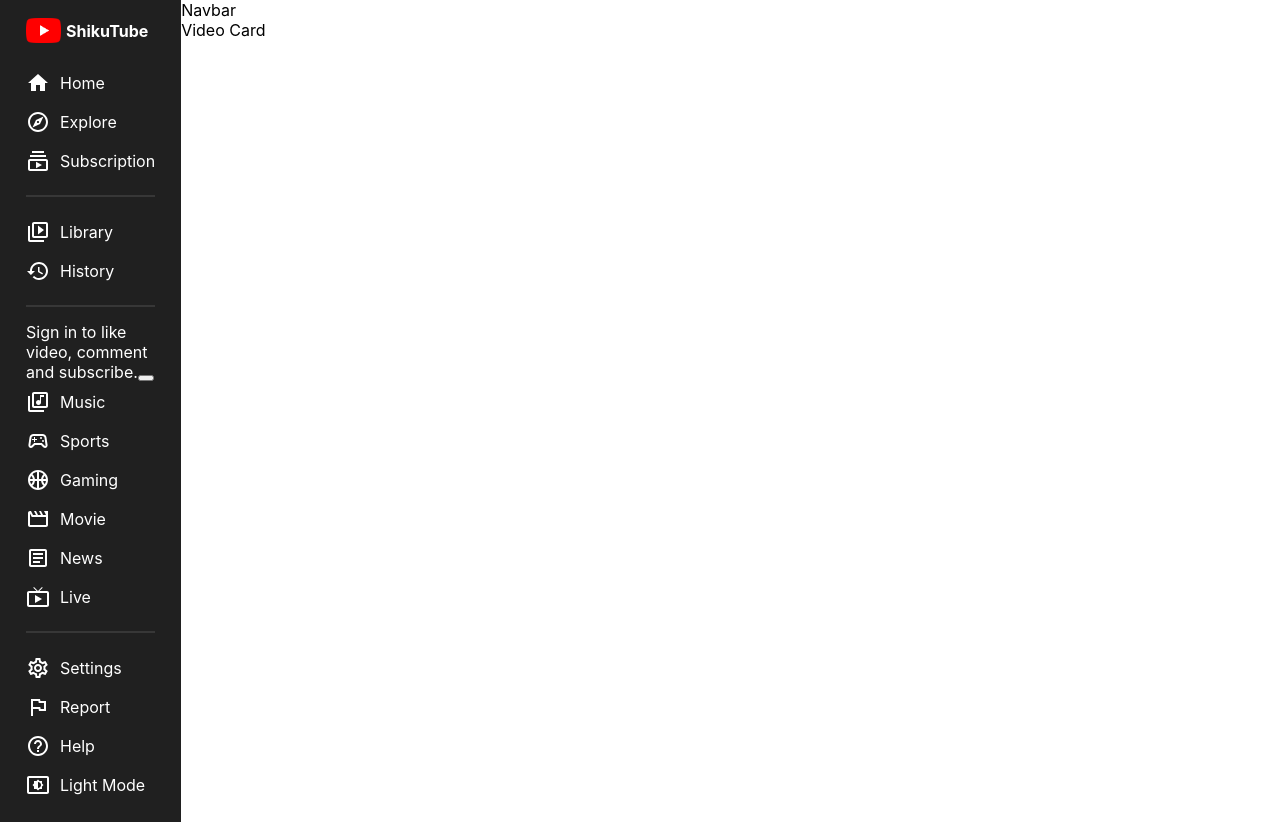
Repository: shikubro90/YouTube
Page: /
These files come from the project's save history. The page is drawn as it stood at one moment and after a run of saves; the edit follows.
The browser window is 1280 px wide. The pictures show the whole page.
The project was rebuilt for these pictures with package versions that can differ from the ones it lists, and the page was loaded fresh each time. Also part of the build but not shown: src/App.css.

Above is the page before, as saved 2022-07-17 21:58:06.

### src/App.js
import React from 'react';
import styled from 'styled-components';
import './App.css';
import Menu from './Components/Menu';
import Navbar from './Components/Navbar';

const Container = styled.div`
  display: flex;
`;
const Main = styled.div`
  flex: 7;
`;
const Wrapper = styled.div`

`;


function App() {
  return (
    <Container>
      <Menu/>
      <Main>
        <Navbar/>
        <Wrapper>
          Video Card
        </Wrapper>
      </Main>

    </Container>
  );
}

export default App;

### src/Components/Menu.jsx
import React from 'react';
import styled from 'styled-components';
import logo from '../img/youtubelogo.png'

import HomeIcon from '@mui/icons-material/Home';
import ExploreOutlinedIcon from '@mui/icons-material/ExploreOutlined';
import SubscriptionsOutlinedIcon from "@mui/icons-material/SubscriptionsOutlined";
import VideoLibraryOutlinedIcon from "@mui/icons-material/VideoLibraryOutlined";
import HistoryOutlinedIcon from "@mui/icons-material/HistoryOutlined";
import LibraryMusicOutlinedIcon from "@mui/icons-material/LibraryMusicOutlined";
import SportsEsportsOutlinedIcon from "@mui/icons-material/SportsEsportsOutlined";
import SportsBasketballOutlinedIcon from "@mui/icons-material/SportsBasketballOutlined";
import MovieOutlinedIcon from "@mui/icons-material/MovieOutlined";
import ArticleOutlinedIcon from "@mui/icons-material/ArticleOutlined";
import LiveTvOutlinedIcon from "@mui/icons-material/LiveTvOutlined";
import AccountCircleOutlinedIcon from "@mui/icons-material/AccountCircleOutlined";
import SettingsOutlinedIcon from "@mui/icons-material/SettingsOutlined";
import FlagOutlinedIcon from "@mui/icons-material/FlagOutlined";
import HelpOutlineOutlinedIcon from "@mui/icons-material/HelpOutlineOutlined";
import SettingsBrightnessOutlinedIcon from "@mui/icons-material/SettingsBrightnessOutlined";

const Container = styled.div`
  flex: 1;
  background: #202020;
  color: white;
`;

const Wrapper = styled.div`
    padding: 18px 26px;
`;

const Logo = styled.div`
    display: flex;
    align-items: center;
    gap: 5px;
    cursor: pointer;
    font-weight: bold;
    margin-bottom: 20px;
`;

const Item = styled.div`
  display  : flex;
  gap: 10px;
  cursor: pointer;
  align-items: center;
  padding: 7.5px 0;
`;

const Image = styled.img`
    width: 35px;
    height: 25px;

`;

const Hr = styled.hr`
    margin: 15px 0px;
    border: 0.5px solid #373737;
`;

const Login = styled.div`

`;

const Button = styled.button`

`;

const Menu = () => {
    return (
        <Container>
            <Wrapper>
                <Logo>
                    <Image src={logo}/>
                    ShikuTube
                </Logo>
                <Item>
                    <HomeIcon/>
                    Home
                </Item>
                <Item>
                    <ExploreOutlinedIcon/>
                    Explore
                </Item>
                <Item>
                    <SubscriptionsOutlinedIcon/>
                    Subscription
                </Item>
                <Hr/>
                <Item>
                    <VideoLibraryOutlinedIcon/>
                    Library
                </Item>
                <Item>
                    <HistoryOutlinedIcon/>
                    History
                </Item>
                <Hr/>
                <Login>
                    Sign in to like video, comment and subscribe.
                    <Button/>
                </Login>
                <Item>
                    <LibraryMusicOutlinedIcon/>
                    Music
                </Item>
                <Item>
                    <SportsEsportsOutlinedIcon/>
                    Sports
                </Item>
                <Item>
                    <SportsBasketballOutlinedIcon/>
                    Gaming
                </Item>
                <Item>
                    <MovieOutlinedIcon/>
                    Movie
                </Item>
                <Item>
                    <ArticleOutlinedIcon/>
                    News
                </Item>
                <Item>
                    <LiveTvOutlinedIcon/>
                    Live
                </Item>
                <Hr/>
                <Item>
                    <SettingsOutlinedIcon/>
                    Settings
                </Item>
                <Item>
                    <FlagOutlinedIcon/>
                    Report
                </Item>
                <Item>
                    <HelpOutlineOutlinedIcon/>
                    Help
                </Item>
                <Item>
                    <SettingsBrightnessOutlinedIcon/>
                    Light Mode
                </Item>
            </Wrapper>
        </Container>
    );
};

export default Menu;

### src/Components/Navbar.jsx
import React from 'react';
import styled from 'styled-components';

const Container = styled.div`

`;

const Navbar = () => {
    return (
        <Container>
            Navbar
        </Container>
    );
};

export default Navbar;

Loaded but not shown: public/index.html (common file); src/index.js (common file); src/index.css (common file); src/reportWebVitals.js (common file)

After the next 9 saves:
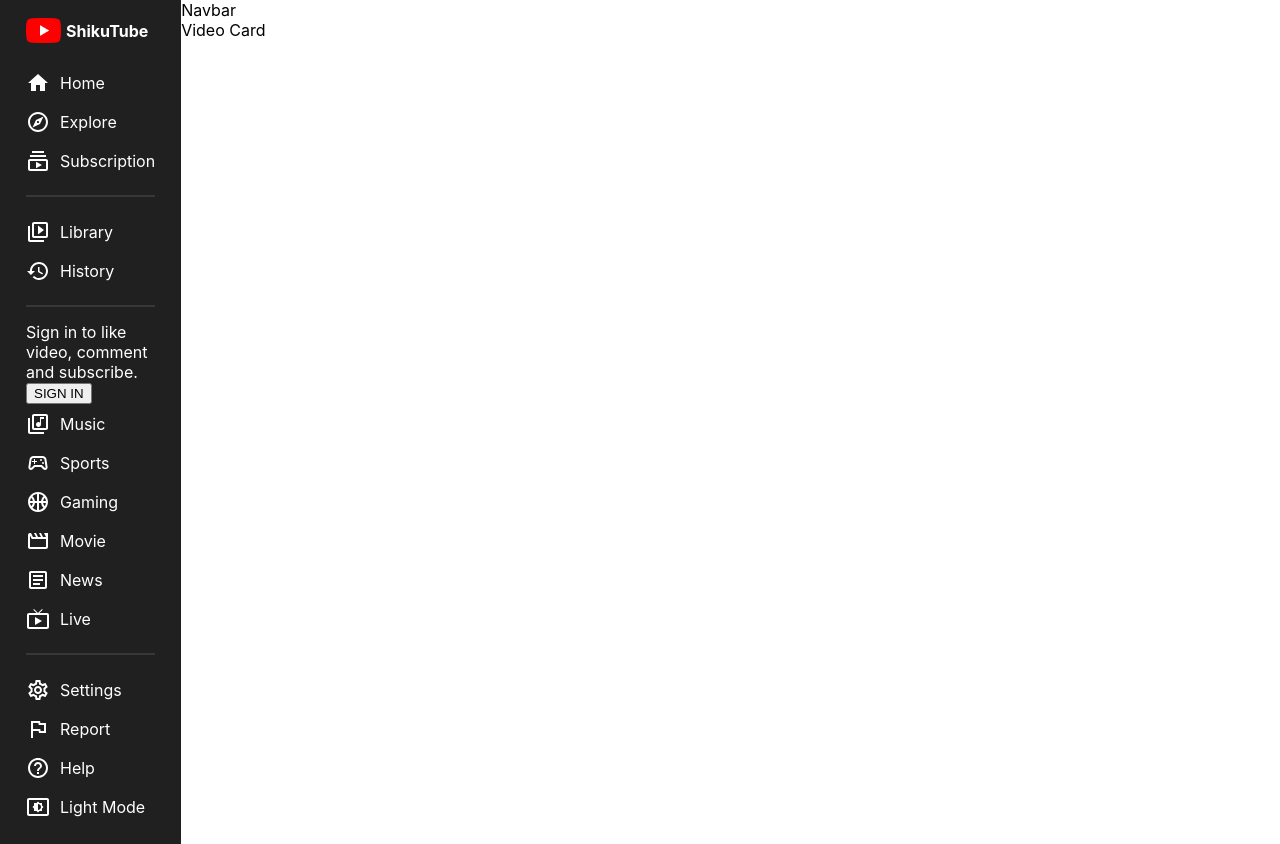
The 9 saves are shown as one change because 3 did not build or start and some came seconds apart.
The last was saved 55 s later.
--- a/src/Components/Menu.jsx
+++ b/src/Components/Menu.jsx
@@ -97,7 +97,7 @@
                 <Hr/>
                 <Login>
                     Sign in to like video, comment and subscribe.
-                    <Button/>
+                    <Button>SIGN IN</Button>
                 </Login>
                 <Item>
                     <LibraryMusicOutlinedIcon/>
